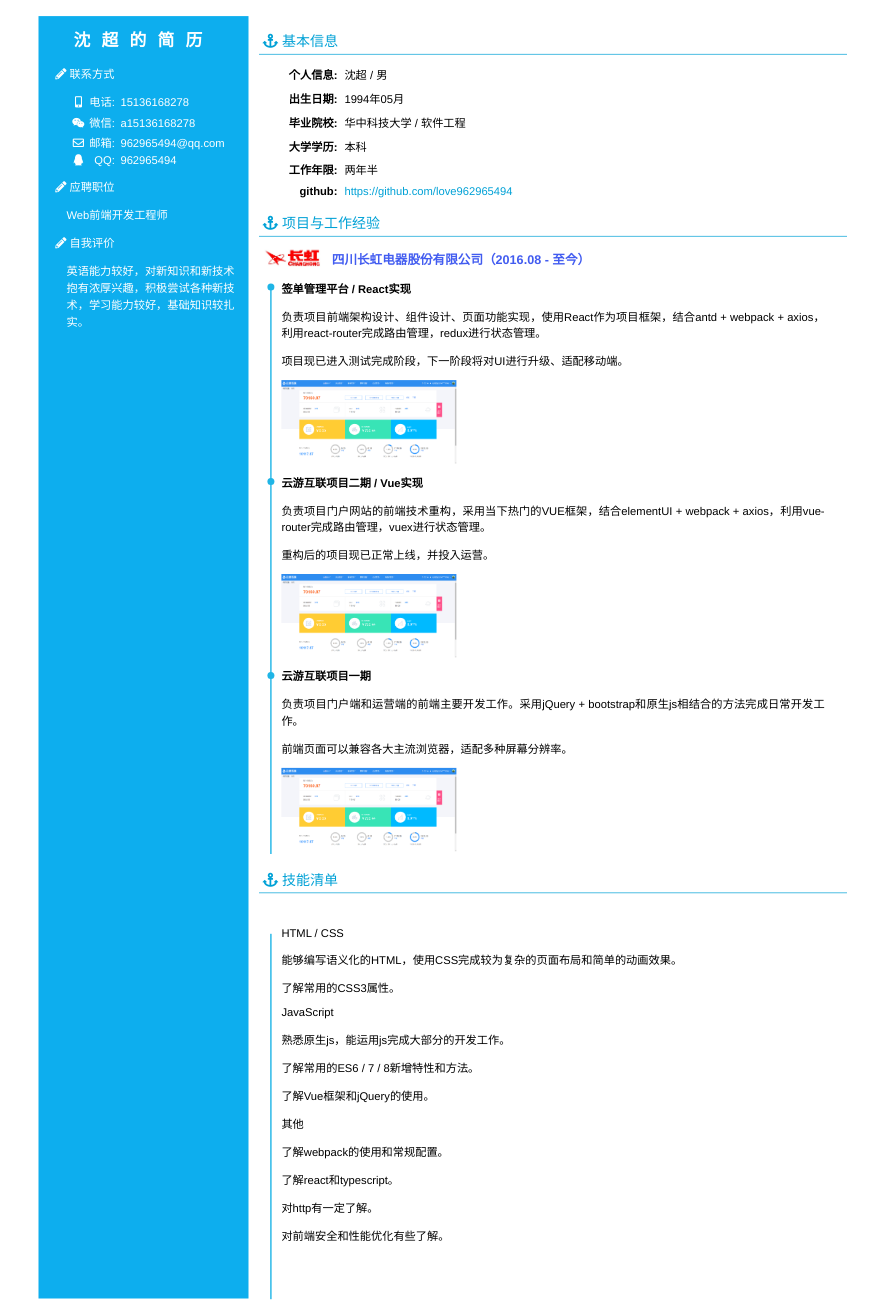
Repository: love962965494/my-resume
Page: index.html
These files come from the project's save history. The page is drawn as it stood at one moment and after the next save; the edit follows.
The browser window is 1280 px wide. The pictures show the whole page, at 70% of full size.
Some web libraries are served in a nearby version. The style sheet was rebuilt from its Sass, Less or Tailwind sources for each picture, by a compiler version that may differ from the author's.

Above is the page before, as saved 2018-09-02 19:01:19.

After the next save:
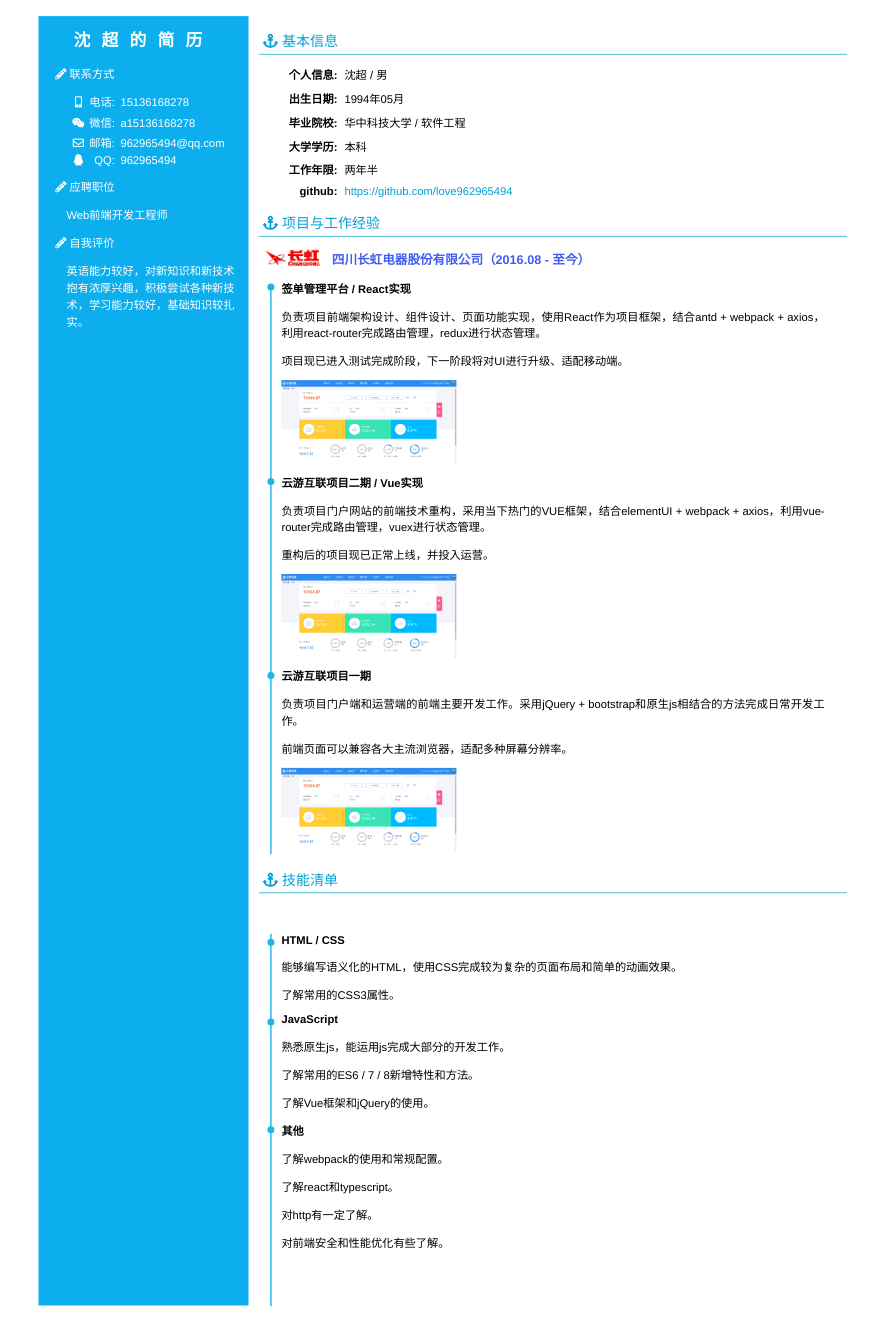
Saved 10 s later.
--- a/styles/myResume.scss
+++ b/styles/myResume.scss
@@ -215,7 +215,7 @@
         border-left: 2px solid #1fb5e6;
       }
 
-      .list-item {
+      .list__item {
         margin: 10px 0;
         &--name {
           font-weight: 600;
